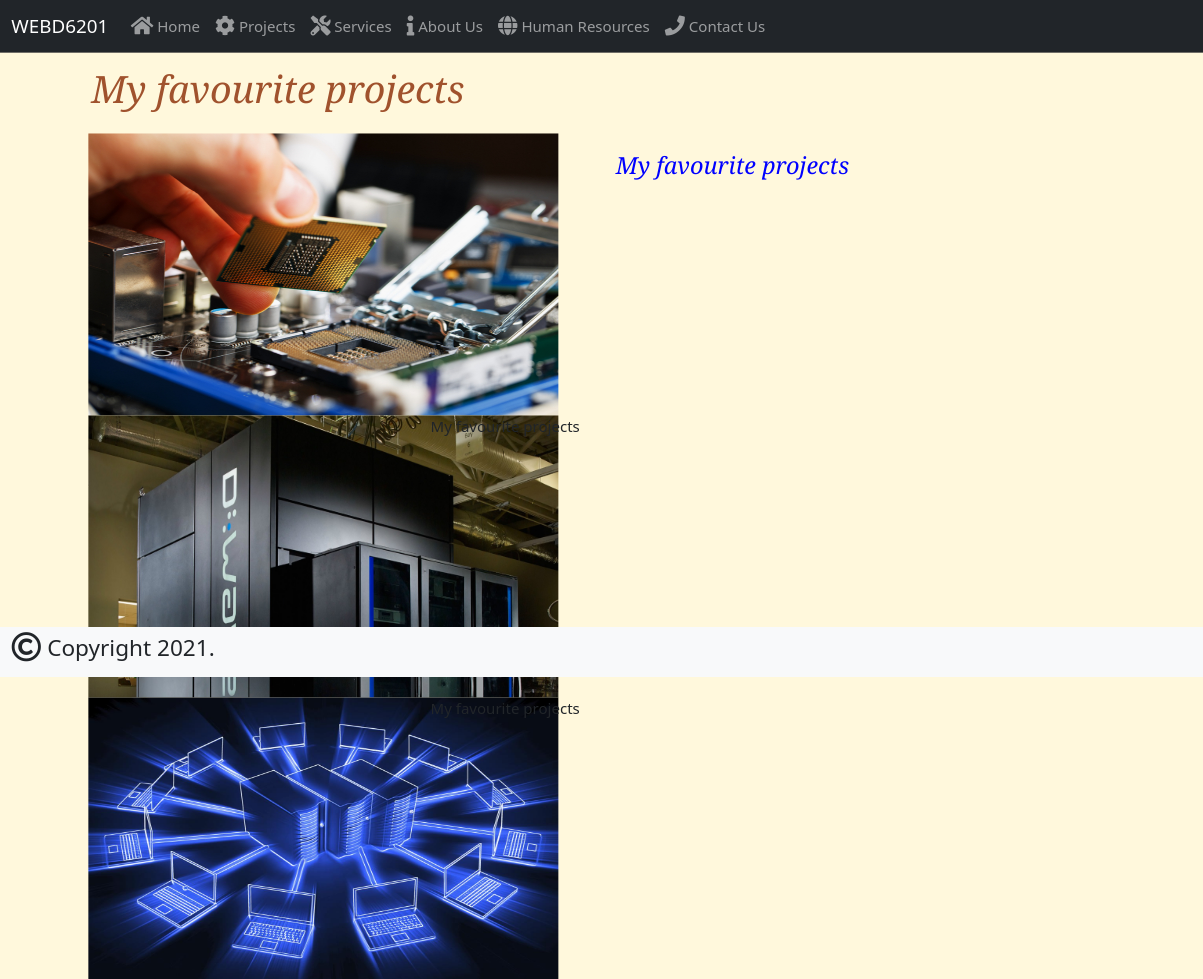
Repository: YiuWingLau/WEBD6201-W2021-Lab1
Page: projects.html
The author's editor kept a copy of each file at every save. The page is drawn from the files as they stood at one save, then again after the next save.
The browser window is 1280 px wide. The pictures show the whole page, at 94% of full size.

Above is the page before, as saved 2021-02-04 21:13:20.

After the next save:
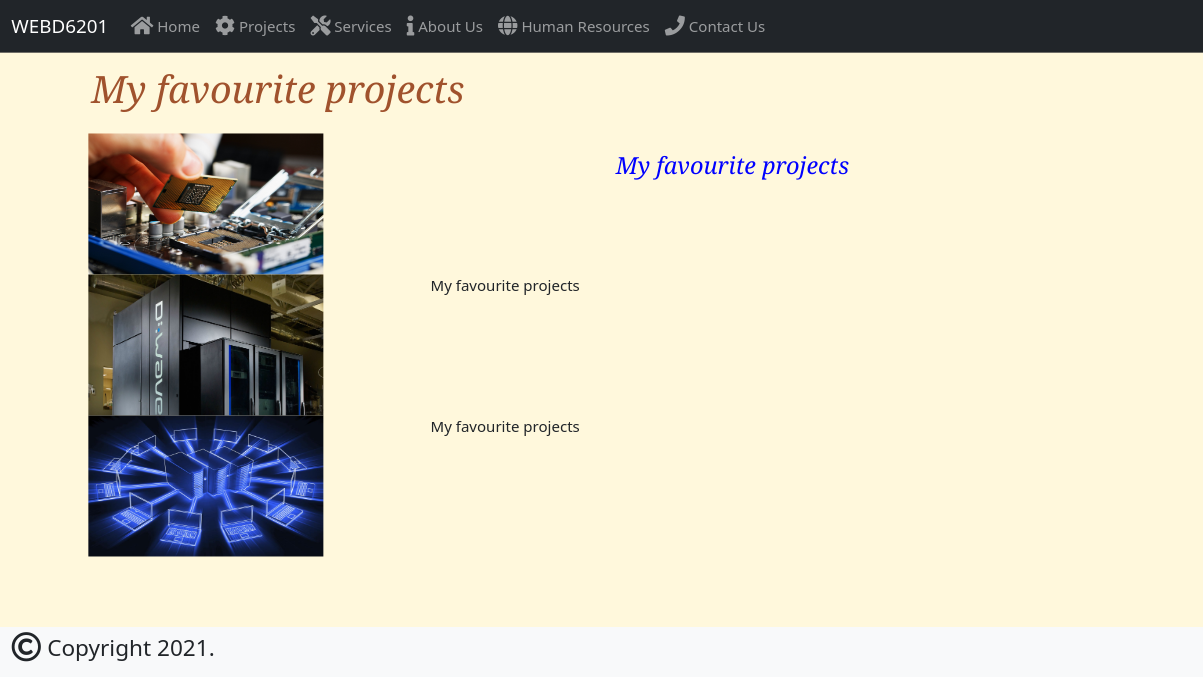
Saved 40 s later.
--- a/Content/app.css
+++ b/Content/app.css
@@ -25,6 +25,6 @@ body {
 
 #favImage {
 
-    width: 500px;
-    height: 300px;
+    width: 250px;
+    height: 150px;
 }
